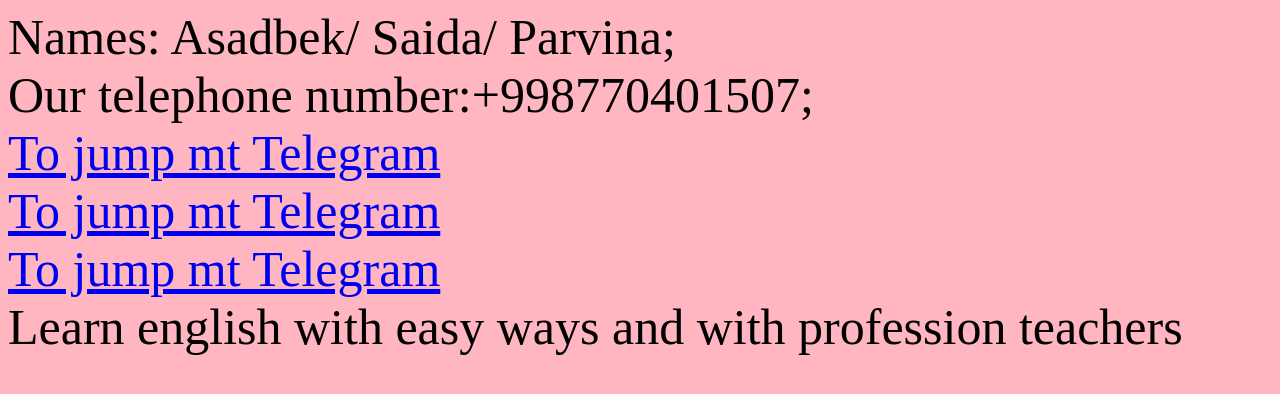
Repository: KHANas02/live-stream
Page: contact.html
The author's editor kept a copy of each file at every save. The page is drawn from the files as they stood at one save, then again after the next save.
The browser window is 1280 px wide. The pictures show the whole page.

Above is the page before, as saved 2024-03-25 07:52:14.

### contact.html
<!DOCTYPE html>
<html lang="en">
  <head>
    <meta charset="UTF-8" />
    <meta name="viewport" content="width=device-width, initial-scale=1.0" />
    <title>Contact with us</title>
    <link rel="stylesheet" href="./index.html" />
  </head>
  <style>
    body {
      background-color: lightpink;
    }
    div{
        font-size: 50px;
    }

  </style>
  <body>
    <div class="avatar"></div>
    <div class="text">
    Names:  Asadbek/
      Saida/
      Parvina; <br>

Our telephone number:+998770401507; <br>
      <a href=" https://t.me/wzb_02">To jump mt Telegram</a> <br />
       <a href=" https://t.me/gsi_77">To jump mt Telegram</a> <br />
        <a href="https://t.me/Pretty_girl_2024">To jump mt Telegram</a> <br />

      <div>Learn english with easy ways and with profession teachers</div>
    </div>
  </body>
</html>

### index.html
<!DOCTYPE html>
<html lang="en">
  <head>
    <meta charset="UTF-8" />
    <head name="viewport" content="width=device-width, initial-scale=1.0">
      <title>Englify Live_stream</title>
      <link rel="stylesheet" href="./style.css" />
    </head>
    <style>
      .div1Img {
        font-size: 70px;
        font-family: serif;
        font-weight: 100;
        color: rgb(255, 0, 157);
        position: relative;
        left: 25px;
        top: 70px;
      }
      .div2 {
        font-size: 70px;
        font-family: serif;
        font-weight: 100;
        color: rgb(255, 0, 157);
        position: relative;
        left: 25px;
        top: 70px;
      }
      .div3 {
        font-size: 70px;
        font-family: serif;
        font-weight: 100;
        color: rgb(255, 0, 157);
        position: relative;
        left: 25px;
        top: 450px;
      }
    </style>
    <html>
      <body>
        <div class="div1">
          <div class="div1Img">JOIN TO OUR LIVE STREAM</div>
        </div>
        <div class="div2">
          Todat at 21:00 <br />
          Only with coffee
        </div>
        <div class="div3">
          Our on the telegram
          <br />
          @englify_asp <br />
          And join to us
        </div>
        <div class="hamburger-menu">
          <input id="menu__toggle" type="checkbox" />
          <label class="menu__btn" for="menu__toggle">
            <span></span>
          </label>

          <ul class="menu__box">
            <li><a class="menu__item" href="index.html">Главная</a></li>
            <li>
              <a class="menu__item" href="speaking.html"
                >Speaking полезная функция</a
              >
            </li>
            <li><a class="menu__item" href="group.html">участники прямой трансляции</a></li>
            <li><a class="menu__item" href="#">Блог</a></li>
            <li><a class="menu__item" href="contact.html">Контакты</a></li>
          </ul>
        </div>
      </body>
    </html>
  </head>
</html>

After the next save:
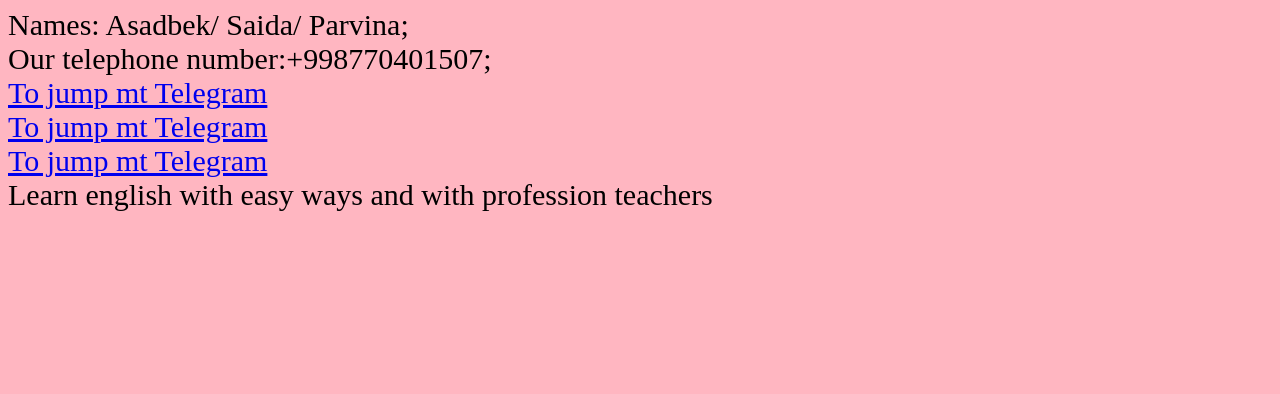
Saved 8 s later.
--- a/contact.html
+++ b/contact.html
@@ -10,22 +10,19 @@
     body {
       background-color: lightpink;
     }
-    div{
-        font-size: 50px;
+    div {
+      font-size: 30px;
     }
-
   </style>
   <body>
     <div class="avatar"></div>
     <div class="text">
-    Names:  Asadbek/
-      Saida/
-      Parvina; <br>
+      Names: Asadbek/ Saida/ Parvina; <br />
 
-Our telephone number:+998770401507; <br>
+      Our telephone number:+998770401507; <br />
       <a href=" https://t.me/wzb_02">To jump mt Telegram</a> <br />
-       <a href=" https://t.me/gsi_77">To jump mt Telegram</a> <br />
-        <a href="https://t.me/Pretty_girl_2024">To jump mt Telegram</a> <br />
+      <a href=" https://t.me/gsi_77">To jump mt Telegram</a> <br />
+      <a href="https://t.me/Pretty_girl_2024">To jump mt Telegram</a> <br />
 
       <div>Learn english with easy ways and with profession teachers</div>
     </div>
